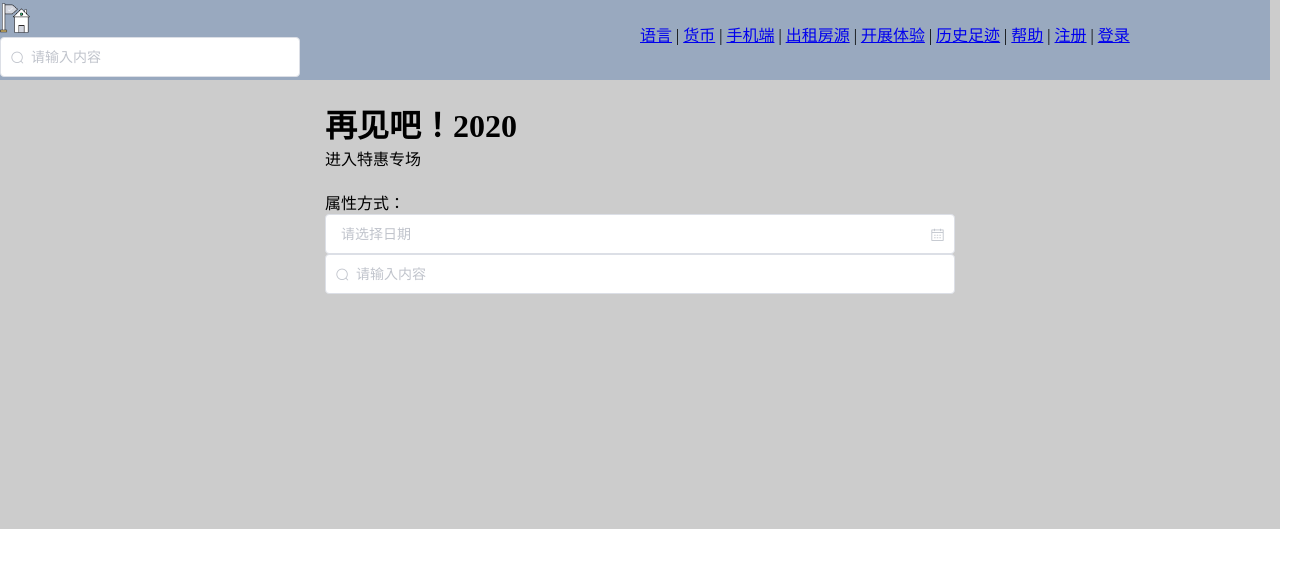
Repository: yz1181214391/my-airbnb
Page: /
The author's editor kept a copy of each file at every save. The page is drawn from the files as they stood at one save, then again after the next save.
The browser window is 1280 px wide. The page is 1290 px wide, so the pictures cover 1290 px, including what lies to the right of the window. The pictures show the whole page.
The project was rebuilt for these pictures with package versions that can differ from the ones it lists, and the page was loaded fresh each time. Also part of the build but not shown: src/components/Banner.vue, src/views/Language.vue, src/views/Currency.vue, src/views/Enter.vue, src/views/Experience.vue, src/views/Help.vue, src/views/History.vue, src/views/Mobile.vue and 2 more.

Above is the page before, as saved 2020-12-09 14:56:54.

### src/App.vue
<template>
  <div id="app">
    <div class="app-header">
      <Header/>
      <!-- <Banner/>  -->
    </div>

  </div>

</template>

<script>
import Banner from './components/Banner'
import Header from './components/Header'

export default {
   name: 'app',
  components:{
    Banner,
    Header
  }
}
</script>


<style lang="less">
// #app {
//   font-family: Avenir, Helvetica, Arial, sans-serif;
//   -webkit-font-smoothing: antialiased;
//   -moz-osx-font-smoothing: grayscale;
//   text-align: center;
//   color: #2c3e50;
// }
  *{
    margin: 0;
    padding: 0;
  }
</style>

### src/router/index.js
import Vue from 'vue'
import VueRouter from 'vue-router'

import Language from '../views/Language.vue'
import Currency from '../views/Currency.vue'
import Enter from '../views/Enter.vue'
import Experience from '../views/Experience.vue'
import Help from '../views/Help.vue'
import History from '../views/History.vue'
import Mobile from '../views/Mobile.vue'
import Register from '../views/Register.vue'
import Room from '../views/Room.vue'



Vue.use(VueRouter)

const routes = [
  // {
  //   path: '/',
  //   name: 'Language',
  //   component: Language
  // },
  // {
  //   path: '/Currency',
  //   name: 'Currency',
  //   // route level code-splitting
  //   // this generates a separate chunk (about.[hash].js) for this route
  //   // which is lazy-loaded when the route is visited.
  //   component: () => import(/* webpackChunkName: "about" */ '../views/Currency.vue')
  // }
  { path : '/Language', component : Language},
  { path : '/Currency', component : Currency},
  { path : '/Enter', component : Enter},
  { path : '/Experience', component : Experience},
  { path : '/Help', component : Help},
  { path : '/History', component : History},
  { path : '/Mobile', component : Mobile},
  { path : '/Register', component : Register},
  { path : '/Room', component : Room},
]

const router = new VueRouter({
  mode: 'history',
  base: process.env.BASE_URL,
  routes
})

export default router

### src/components/Header.vue
<template>
    <div class="airbnb-box">
      <el-row :gutter="20">
        <el-col :span="6">
          <div class="grid-content bg-purple">
            <a href="###"><img class="log-img" src="../assets/img/012-zhandian.png" alt=""></a>
            <el-input v-model="input" prefix-icon='el-icon-search' placeholder="请输入内容"></el-input>
          </div>
        </el-col>
        <el-col :span="12" :offset="6">
          <div class="grid-content bg-purple">
            <router-link to="/Language">语言</router-link> |
            <router-link to="/Currency">货币</router-link> |
            <router-link to="/Mobile">手机端</router-link> |
            <router-link to="/Room">出租房源</router-link> |
            <router-link to="/Experience">开展体验</router-link> |
            <router-link to="/History">历史足迹</router-link> |
            <router-link to="/Help">帮助</router-link> |
            <router-link to="/Register">注册</router-link> |
            <router-link to="/Enter">登录</router-link>
          </div>
        </el-col>
      </el-row>
      <el-row :gutter="20">
        <el-col :span="6" :offset="6">
          <div class="grid-content bg-purple">
            <h1>再见吧！2020</h1>
            <div>进入特惠专场</div>
          </div>
        </el-col>
        <el-col :span="6" :offset="6"><div class="grid-content bg-purple"></div></el-col>
      </el-row>
      <el-row :gutter="20">
        <el-col :span="12" :offset="6">
          <div class="grid-content bg-purple" style="display:inline">
            <div class="demo-input-suffix">
              属性方式：
              <el-input
                placeholder="请选择日期"
                suffix-icon="el-icon-date"
                v-model="input2">
              </el-input>
              <el-input
                placeholder="请输入内容"
                prefix-icon="el-icon-search"
                v-model="input21">
              </el-input>
            </div>
          </div>
        </el-col>
      </el-row>
    </div>
</template>

<script>
// import Banner from './components/Banner'
// export default {
//    name: 'app',
//   components:{
//     Banner
//   }
// }
</script>


<style lang="less">

.airbnb-box{
    width: 100%;
    height: 529px;
    background-color: #cccccc;
  }

.el-row {
    margin-bottom: 20px;
    display: flex;
    &:first-child{
      align-items: center;
      width: 100%;
      height: 80px;
      background-color: #99a9bf;
    }
    &:last-child {
      margin-bottom: 0;
    }
  }
  .el-col {
    border-radius: 4px;
  }
  .bg-purple-dark {
    background: #99a9bf;
  }
  .bg-purple {
    // background: #d3dce6;
  }
  .bg-purple-light {
    background: #e5e9f2;
  }
  .grid-content {
    border-radius: 4px;
    min-height: 36px;
  }
  .row-bg {
    padding: 10px 0;
    background-color: #f9fafc;
  }


.log-img{
  width: 30px;
  height: 30px;
}
</style>

Loaded but not shown: public/index.html (common file); src/main.js (common file); src/store/index.js (common file)

After the next save:
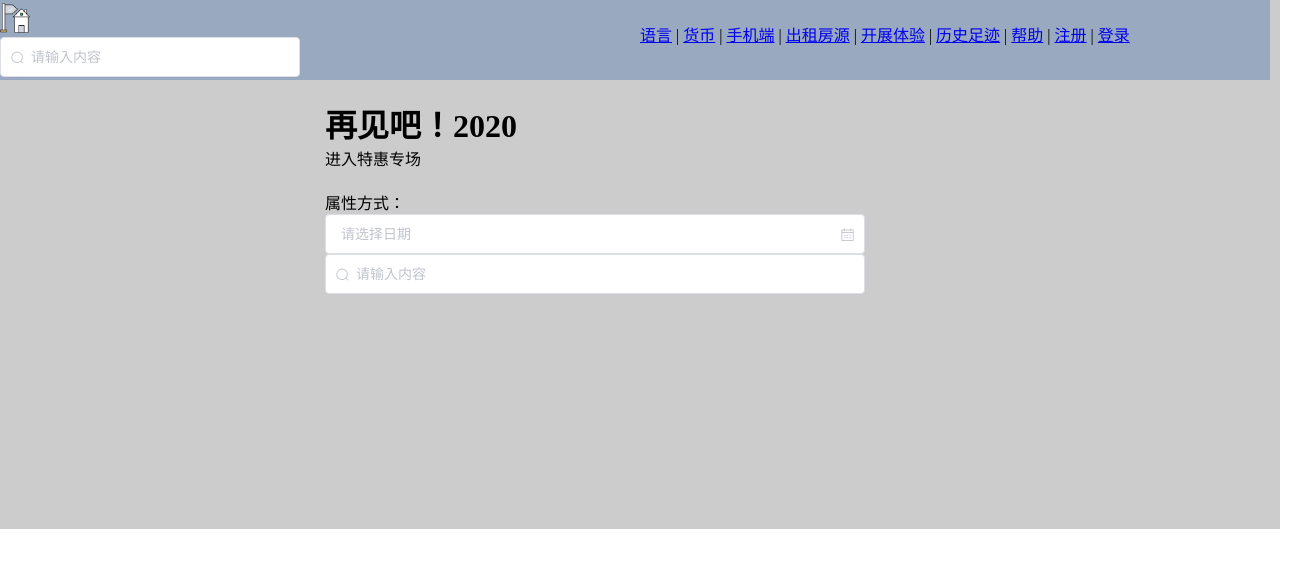
Saved 2 min 4 s later.
--- a/src/components/Header.vue
+++ b/src/components/Header.vue
@@ -32,8 +32,8 @@
       </el-row>
       <el-row :gutter="20">
         <el-col :span="12" :offset="6">
-          <div class="grid-content bg-purple" style="display:inline">
-            <div class="demo-input-suffix">
+          <div class="grid-content bg-purple" style="display:flex">
+            <div class="demo-input-suffix" style="flex-direction:row">
               属性方式：
               <el-input
                 placeholder="请选择日期"

After the 2 saves that followed:
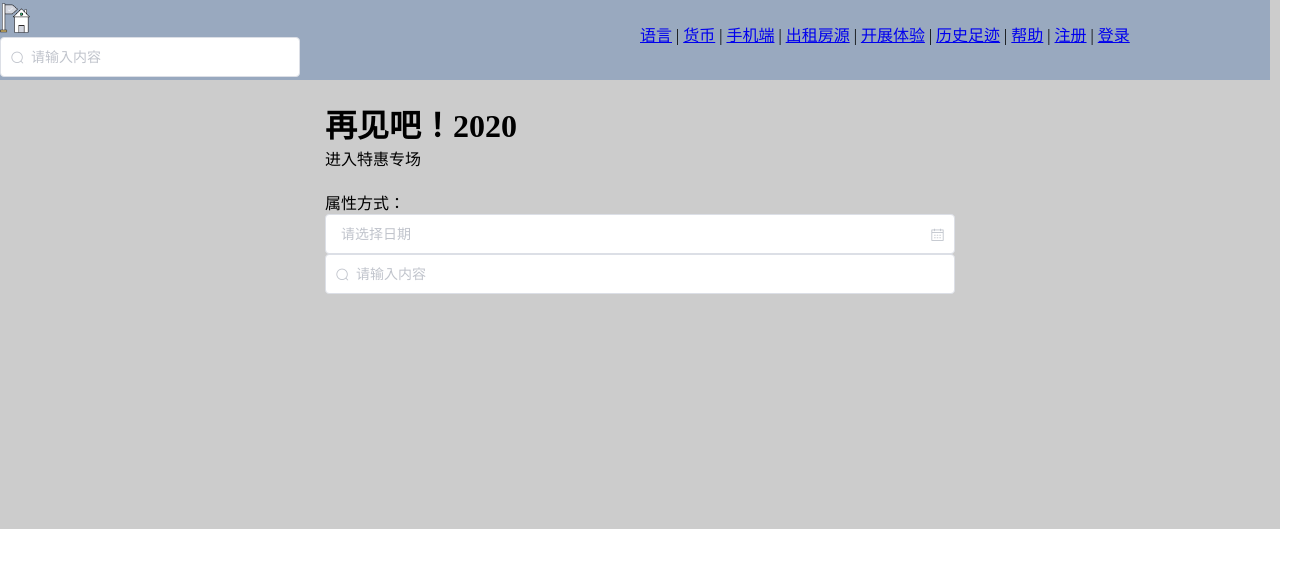
The 2 saves are shown as one change because 1 left the picture as it was.
The last was saved 2 min 42 s later.
--- a/src/components/Header.vue
+++ b/src/components/Header.vue
@@ -32,8 +32,8 @@
       </el-row>
       <el-row :gutter="20">
         <el-col :span="12" :offset="6">
-          <div class="grid-content bg-purple" style="display:flex">
-            <div class="demo-input-suffix" style="flex-direction:row">
+          <div class="grid-content bg-purple">
+            <div class="demo-input-suffix">
               属性方式：
               <el-input
                 placeholder="请选择日期"
@@ -75,6 +75,7 @@
     margin-bottom: 20px;
     display: flex;
     &:first-child{
+
       align-items: center;
       width: 100%;
       height: 80px;
